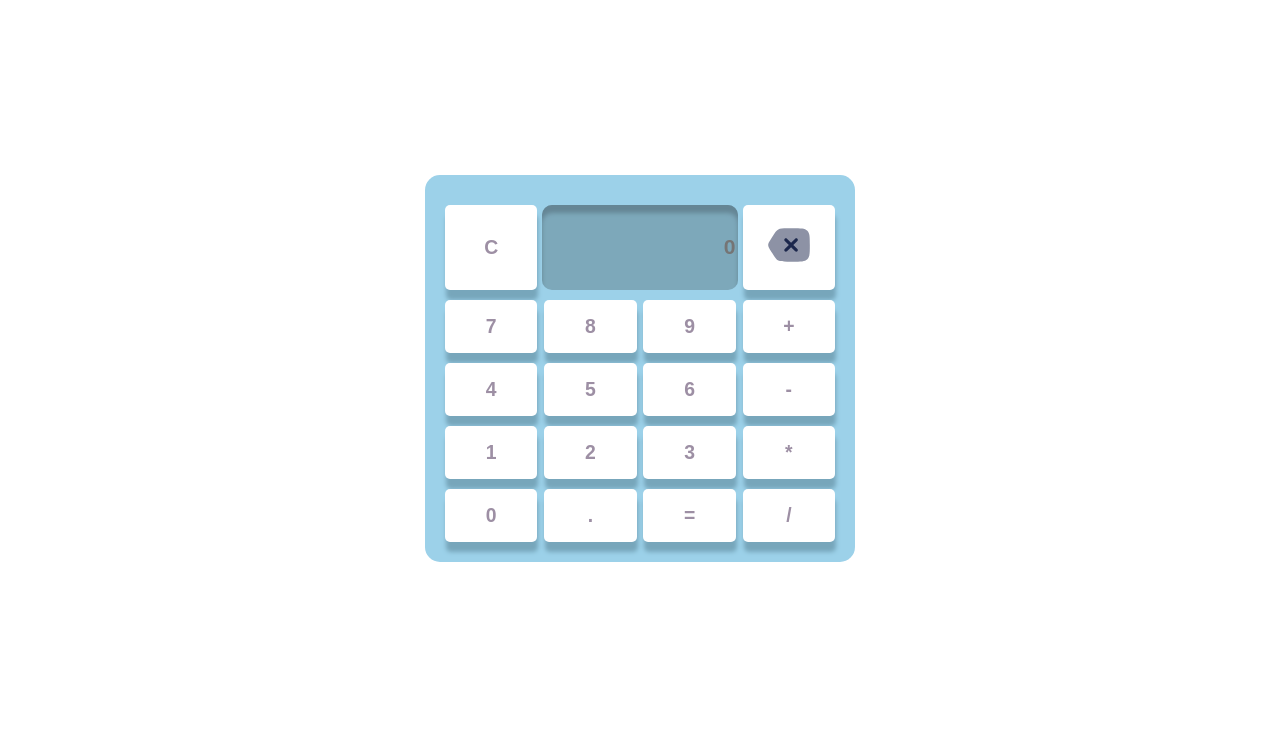
Repository: sem1103/calculator
Page: index.html
An editor plug-in stored every save of this project. The page is shown before and after the next save, followed by the edit.
The browser window is 1280 px wide. The pictures show the whole page.

Above is the page before, as saved 2023-11-02 11:57:08.

### index.html
<!DOCTYPE html>
<html lang="en">

<head>
    <meta charset="UTF-8">
    <meta name="viewport" content="width=device-width, initial-scale=1.0">
    <title>Calc</title>
    <style>
        * {
            box-sizing: border-box;
            font: bold 1.1rem arial;
        }

        .calc__container {
            display: flex;
            justify-content: center;
            height: 100vh;
            align-items: center;
        }

        .calc__wrapper {
            max-width: 900px;
            background-color: #9cd1e9;
            padding: 20px;
            border-radius: 15px;
        }

        .calc__display {
            box-shadow: inset 0px 8px 4px 0px #658695;
            background-color: #7da8ba;
            width: 50%;
            border-radius: 10px;
            border: 0;
            outline: 0;
            text-align: right;
            font-size: 1.2rem;
            color: #fff;
        }

        .calc__main,
        .calc__header {
            display: flex;
            flex-direction: row;
            flex-wrap: wrap;
            justify-content: space-between;
            row-gap: 10px;
            column-gap: 5px;

        }

        .calc__header {
            margin: 10px 0;
        }

        button {
            padding: 15px 5px;
            text-align: center;
            background-color: #fff;
            box-shadow: 1px 10px 4px #77a6bb;
            flex-basis: calc(25% - 5px);
            border: 0;
            border-radius: 5px;
            cursor: pointer;
            color: #9d8fa4;
            transition: all .1s ease-in-out;
        }

        button:active {
            box-shadow: 1px 0 4px #77a6bb;
            transform: translate(0, 3px);
        }

        button:hover {
            background-color: #d1d1d1;
        }

        .active{
            box-shadow: 1px 0 4px #77a6bb;
            transform: translate(0, 3px);
            background-color: #d1d1d1;
        }

    </style>
</head>

<body>
    <div class="calc__container">
        <div class="calc__wrapper">
            <div class="calc__header">
                <button onclick="clearDisplay()">C</button>
                <input id="display" class="calc__display" type="text" placeholder="0" oninput="setValueHandle(this)">

                </input>
                 <button class="backspace" onclick="backspace()">
                    <svg width="50px" viewBox="0 0 24 24" fill="none" xmlns="http://www.w3.org/2000/svg">
                        <path opacity="0.5" d="M6.87114 19.4986C7.80085 20 8.91458 20 11.142 20H13.779C17.6544 20 19.5921 20 20.7961 18.8284C22 17.6569 22 15.7712 22 12C22 8.22876 22 6.34315 20.7961 5.17157C19.5921 4 17.6544 4 13.779 4H11.142C8.91458 4 7.80085 4 6.87114 4.50143C5.94144 5.00286 5.35117 5.92191 4.17061 7.76001L3.48981 8.82001C2.4966 10.3664 2 11.1396 2 12C2 12.8604 2.4966 13.6336 3.48981 15.18L4.17061 16.24C5.35117 18.0781 5.94144 18.9971 6.87114 19.4986Z" fill="#1C274C"/>
                        <path d="M11.0303 8.96967C10.7374 8.67678 10.2626 8.67678 9.96967 8.96967C9.67678 9.26256 9.67678 9.73744 9.96967 10.0303L11.9394 12L9.96969 13.9697C9.6768 14.2626 9.6768 14.7374 9.96969 15.0303C10.2626 15.3232 10.7375 15.3232 11.0304 15.0303L13 13.0607L14.9696 15.0303C15.2625 15.3232 15.7374 15.3232 16.0303 15.0303C16.3232 14.7374 16.3232 14.2625 16.0303 13.9697L14.0607 12L16.0303 10.0304C16.3232 9.73746 16.3232 9.26258 16.0303 8.96969C15.7374 8.6768 15.2626 8.6768 14.9697 8.96969L13 10.9394L11.0303 8.96967Z" fill="#1C274C"/>
                        </svg>
                </button>
            </div>
            <div class="calc__main">
                <button onkeydown="test(this)" onclick="setValueHandle(this)">7</button>
                <button onclick="setValueHandle(this)">8</button>
                <button onclick="setValueHandle(this)">9</button>
                <button onclick="setValueHandle(this)">+</button>
                <button onclick="setValueHandle(this)">4</button>
                <button onclick="setValueHandle(this)">5</button>
                <button onclick="setValueHandle(this)">6</button>
                <button onclick="setValueHandle(this)">-</button>
                <button onclick="setValueHandle(this)">1</button>
                <button onclick="setValueHandle(this)">2</button>
                <button onclick="setValueHandle(this)">3</button>
                <button onclick="setValueHandle(this)">*</button>
                <button onclick="setValueHandle(this)">0</button>
                <button onclick="setValueHandle(this)">.</button>
                <button onclick="calcSumm()">=</button>
                <button onclick="setValueHandle(this)">/</button>
            </div>
        </div>
    </div>


    <script>
        let calcDisplay = document.getElementById('display');
        let buttons = document.querySelectorAll('button');

        function setValueHandle(e) {

            if (/[a-zA-Zа-яА-ЯёЁ]/.test(calcDisplay.value)) {
                console.log(1);
                calcDisplay.value = e.value;
                return;
            }else if(/\b0+\d+/.test(calcDisplay.value) || /^[+\*/]/.test(calcDisplay.value)){
                calcDisplay.value = 'Ошибка!';
                return;
            }
            calcDisplay.value += e.innerHTML;

        }

        function clearDisplay() {
            calcDisplay.value = '';
        }

        function calcSumm() {
            let value = calcDisplay.value;


            value = value.replace(/\s/g, '');
            let operators = value.split('').filter(item => {
                if (item == '+' || item == '-' || item == '*' || item == '/') return item;
            })
            let numbers = value.split(/[+\-*/]/);
            let result = +numbers[0];

            console.log(operators);
            console.log(numbers);
            if (numbers[numbers.length - 1] == '') {
                calcDisplay.value = 'Ошибка!';
                return;
            }else if(/[\+\-\*\/]{2,}/.test(calcDisplay.value) ){
                calcDisplay.value = 'Две математических операции!';
                return;
            }



            operators.forEach((item, index) => {
                if (item == '+') {
                    result += +numbers[index + 1]
                } else if (item == '-') {
                    result -= numbers[index + 1]
                } else if (item == '/') {
                    if (+numbers[index + 1] === 0) {
                        calcDisplay.value = 'На ноль делить нельзя!!';
                        throw new Error('infiniti');
                    } else result /= numbers[index + 1];

                } else result *= numbers[index + 1]
            });
            calcDisplay.value = result;

        }


        document.body.addEventListener('keydown', (e) =>{
            if(e.key >=0 && e.key <= 9 || ['+','-','*','/','.'].includes(e.key)){
                buttons.forEach(item => {
                    if(item.innerHTML == e.key){
                        setValueHandle(item);
                        item.classList.add('active');
                        item.addEventListener('transitionend', () =>{
                        item.classList.remove('active')
                        })
                    }
                })
            }
        });
    </script>
</body>

</html>

After the next save:
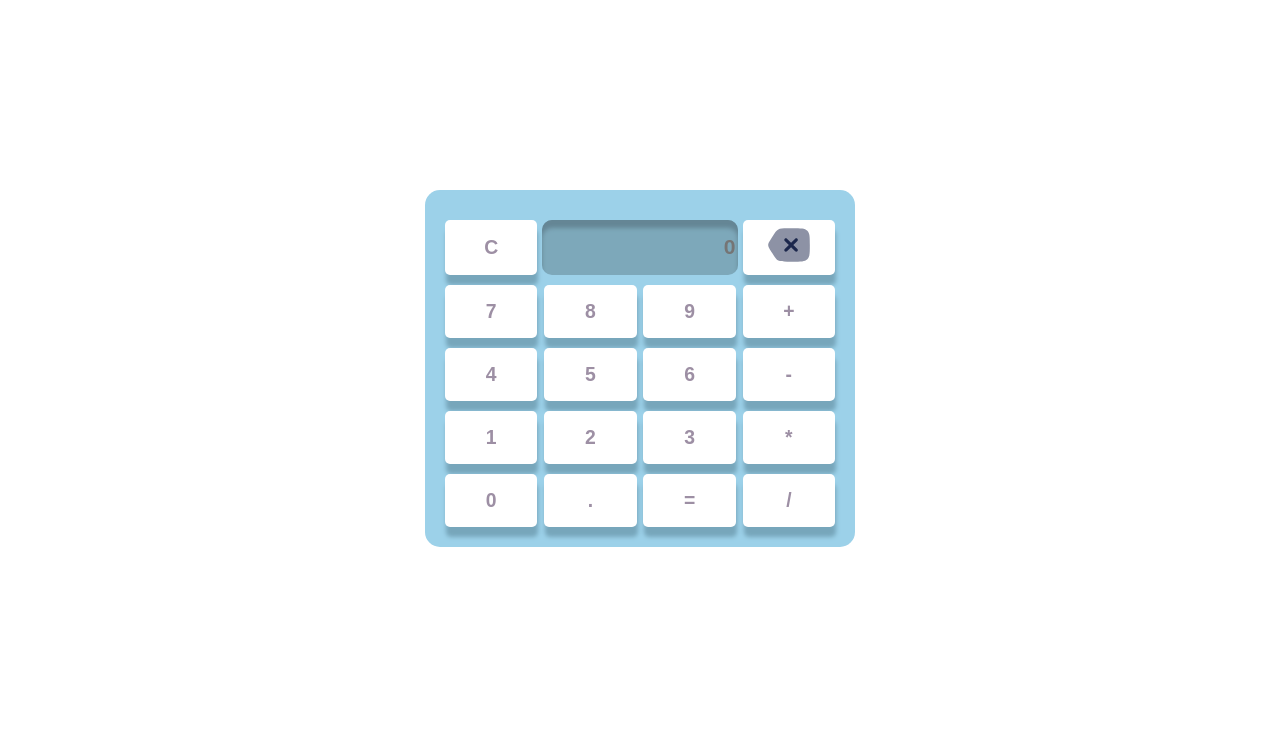
Saved 52 s later.
--- a/index.html
+++ b/index.html
@@ -78,6 +78,9 @@
             box-shadow: 1px 0 4px #77a6bb;
             transform: translate(0, 3px);
             background-color: #d1d1d1;
+        }
+        .backspace{
+            padding: 0;
         }
 
     </style>
